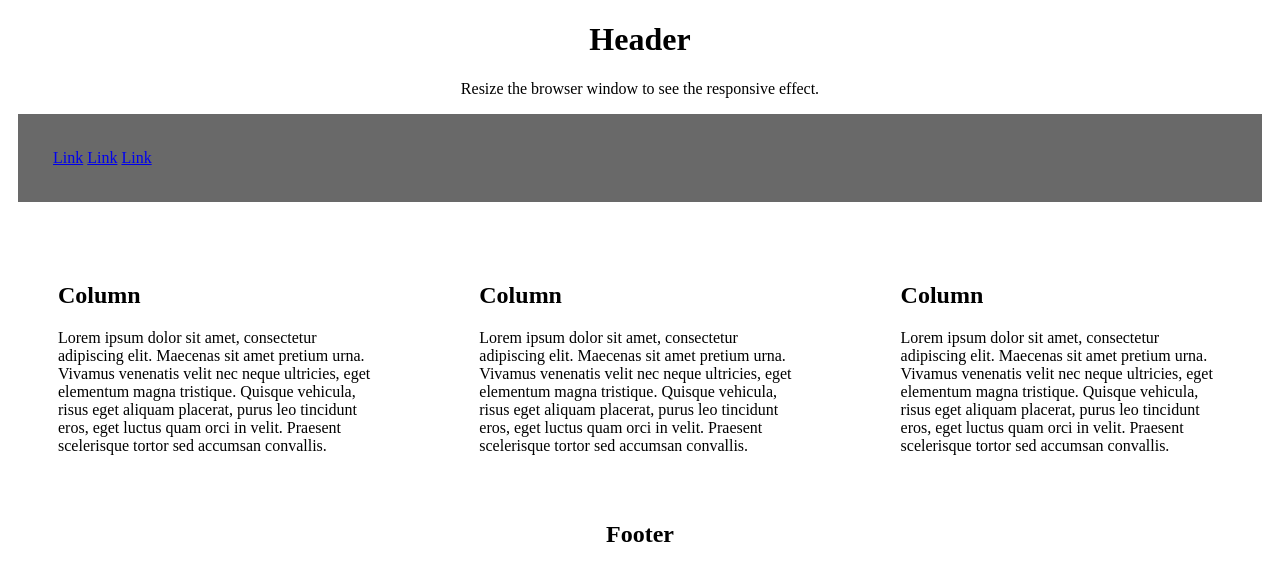
Repository: daeun0220/KB_EDU_JAVA
Page: work03_FrontUI/front02_CSS3/src/main/webapp/css13_website_layout_template.html
These files come from the project's save history. The page is drawn as it stood at one moment and after the next save; the edit follows.
The browser window is 1280 px wide. The pictures show the whole page.

Above is the page before, as saved 2023-08-08 05:28:20.

After the next save:
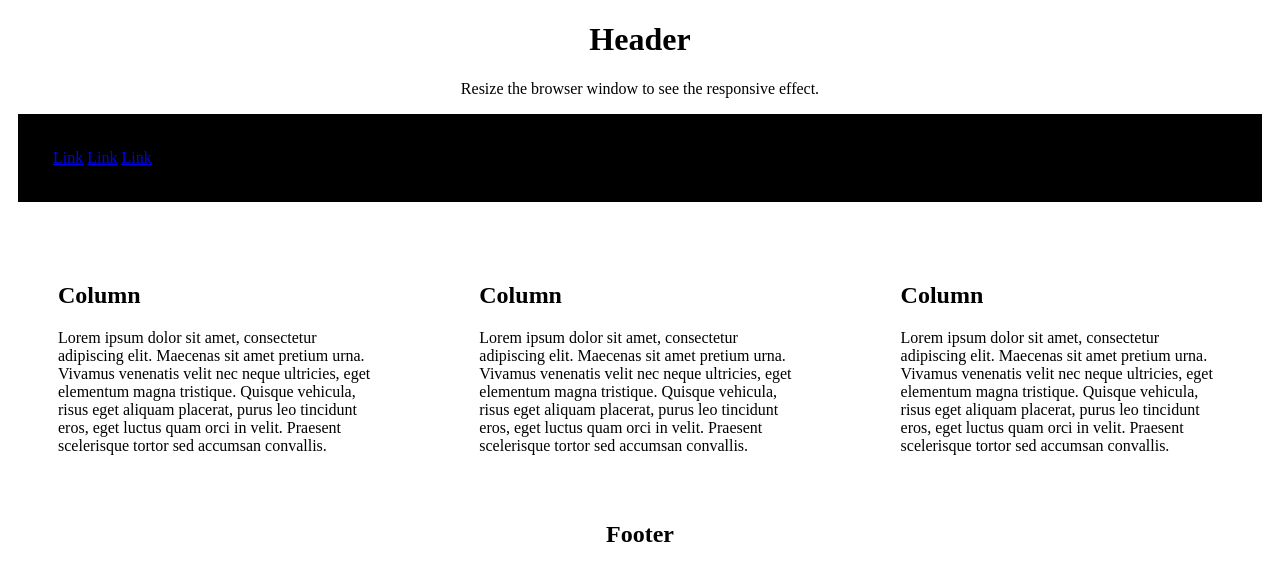
Saved 23 s later.
--- a/work03_FrontUI/front02_CSS3/src/main/webapp/css13_website_layout_template.html
+++ b/work03_FrontUI/front02_CSS3/src/main/webapp/css13_website_layout_template.html
@@ -14,8 +14,8 @@
 }
 
 .topnav {
-	background-color: dimgray;
-	border: 15px solid dimgray;
+	background-color: black;
+	border: 15px solid black;
 	padding: 20px;
 	margin: 10px;
 	box-sizing: content-box;
